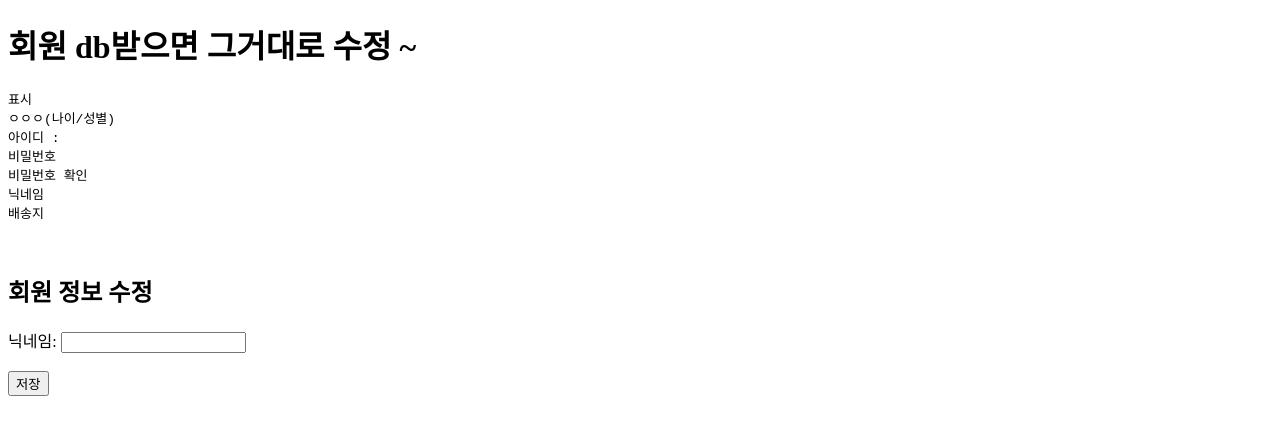
Repository: tnal465/javapj
Page: mergeproject/src/main/webapp/WEB-INF/views/user/userEditForm.html
These files come from the project's save history. The page is drawn as it stood at one moment and after the next save; the edit follows.
The browser window is 1280 px wide. The pictures show the whole page.

Above is the page before, as saved 2025-03-07 17:13:28.

### mergeproject/src/main/webapp/WEB-INF/views/user/userEditForm.html
<!DOCTYPE html>
<html>
<head>
<meta charset="UTF-8">
<title>Insert title here</title>
</head>
<body>
<h1>회원 db받으면 그거대로 수정 ~ </h1>
<pre>
표시
ㅇㅇㅇ(나이/성별)
아이디 :
비밀번호
비밀번호 확인
닉네임
배송지
</pre>
<br>
<h2>회원 정보 수정</h2>
    <form id="userEditForm" action="/user/save" method="post">
        <label for="nickname">닉네임:</label>
        <input type="text" id="nickname" name="nickname" required>
        <br><br>
        <button type="submit">저장</button> <!-- 저장 버튼, 클릭 시 submit -->
    </form>

</body>
</html>

After the next save:
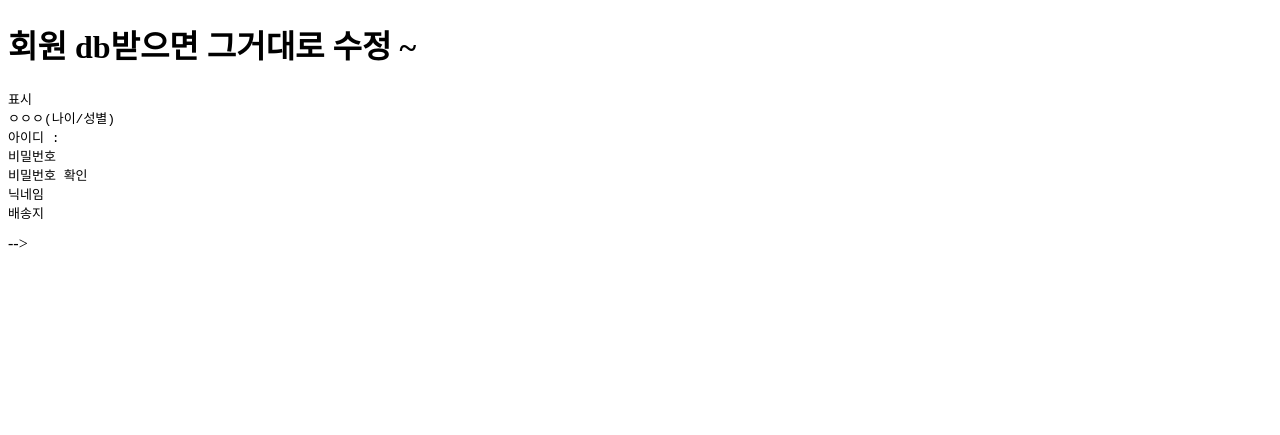
Saved 49 s later.
--- a/mergeproject/src/main/webapp/WEB-INF/views/user/userEditForm.html
+++ b/mergeproject/src/main/webapp/WEB-INF/views/user/userEditForm.html
@@ -15,7 +15,7 @@
 닉네임
 배송지
 </pre>
-<br>
+<!--
 <h2>회원 정보 수정</h2>
     <form id="userEditForm" action="/user/save" method="post">
         <label for="nickname">닉네임:</label>
@@ -23,6 +23,6 @@
         <br><br>
         <button type="submit">저장</button> <!-- 저장 버튼, 클릭 시 submit -->
     </form>
-
+ -->
 </body>
 </html>
